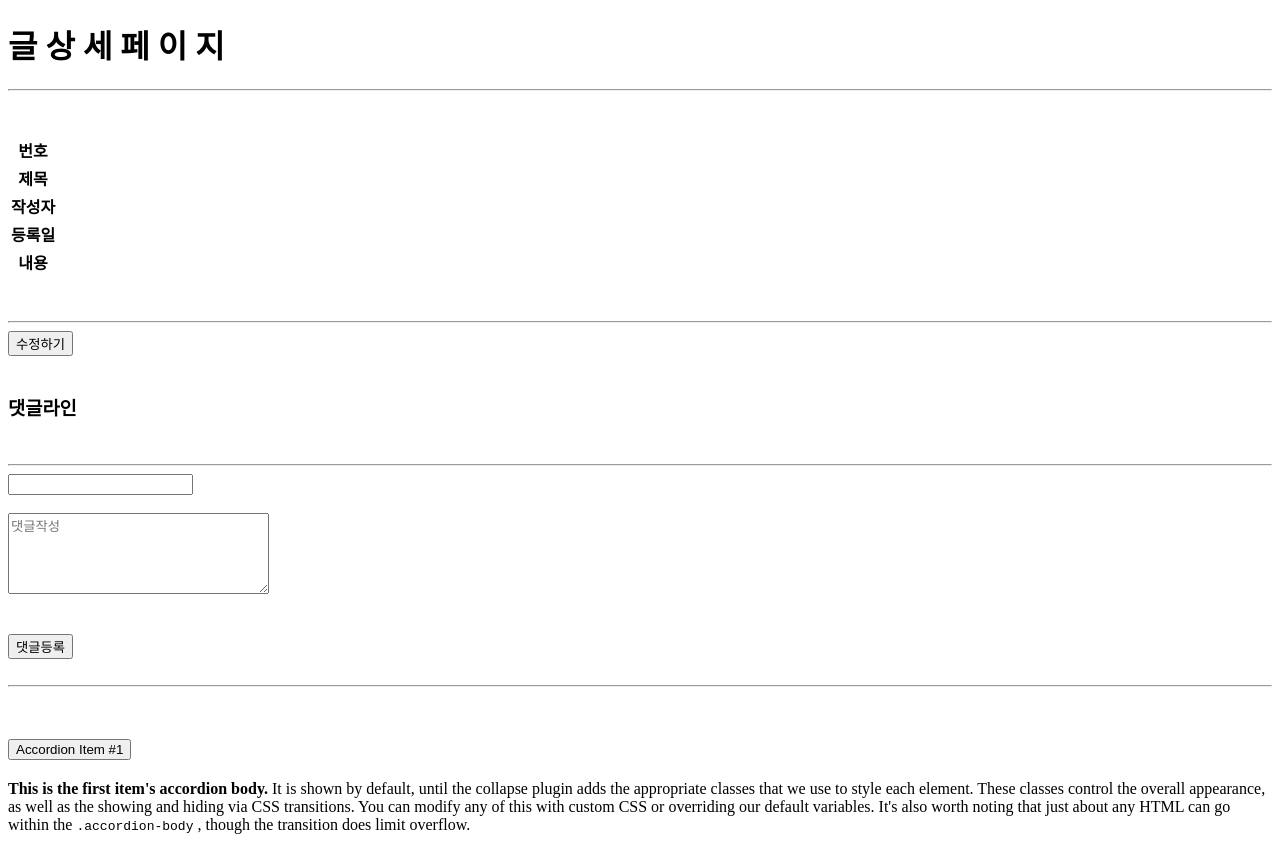
Repository: bbqju13/jsp0602
Page: http://localhost/jsp_project/board/detail.jsp
These files come from the project's save history. The page is drawn as it stood at one moment and after the next save; the edit follows.
The browser window is 1280 px wide. The pictures show the whole page.
The page is served by Tomcat 9. The template is opened directly, without the code that normally fills it, so the values that code supplies are empty.

Above is the page before, as saved 2023-05-22 01:18:57.

After the next save:
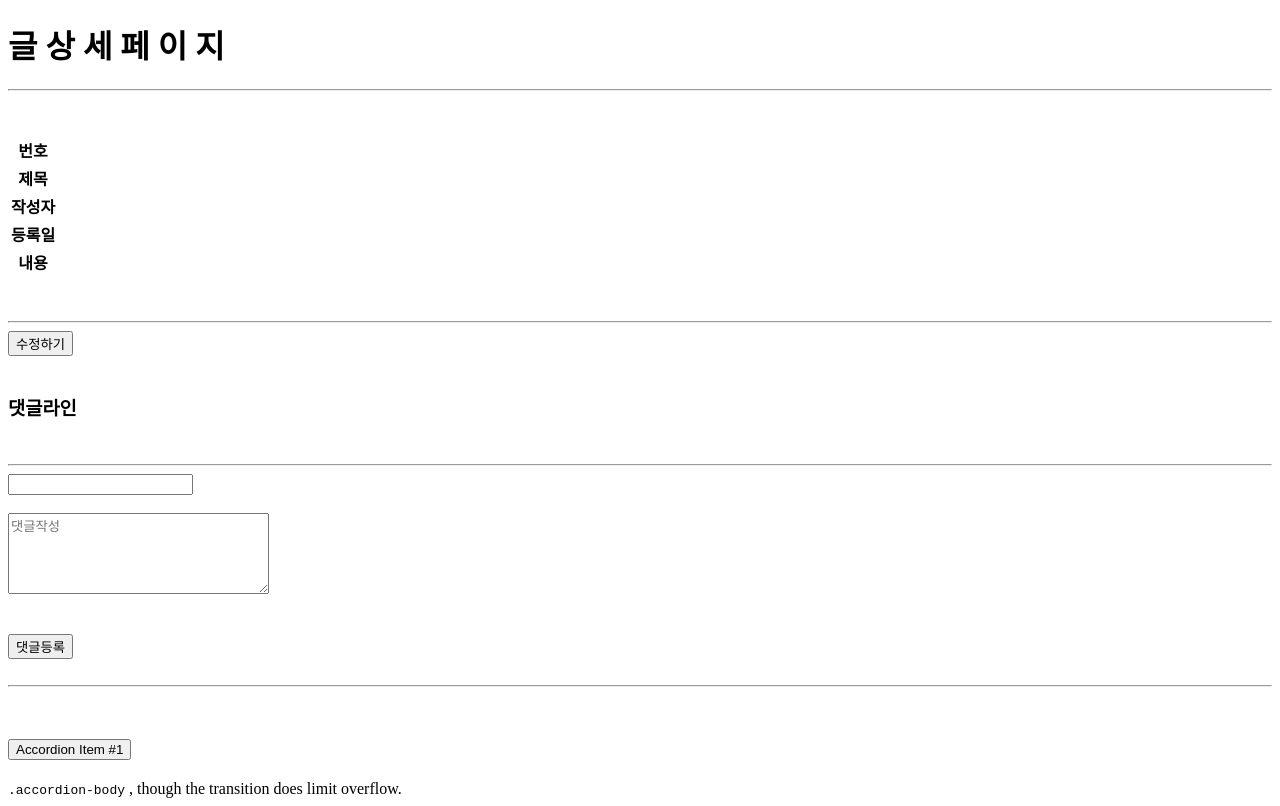
Saved 107 s later.
--- a/jsp_project2/jsp_project/src/main/webapp/board/detail.jsp
+++ b/jsp_project2/jsp_project/src/main/webapp/board/detail.jsp
@@ -74,13 +74,6 @@
 			<div id="collapseOne" class="accordion-collapse collapse show"
 				aria-labelledby="headingOne" data-bs-parent="#accordionExample">
 				<div class="accordion-body">
-					<strong>This is the first item's accordion body.</strong> It is
-					shown by default, until the collapse plugin adds the appropriate
-					classes that we use to style each element. These classes control
-					the overall appearance, as well as the showing and hiding via CSS
-					transitions. You can modify any of this with custom CSS or
-					overriding our default variables. It's also worth noting that just
-					about any HTML can go within the
 					<code>.accordion-body</code>
 					, though the transition does limit overflow.
 				</div>
